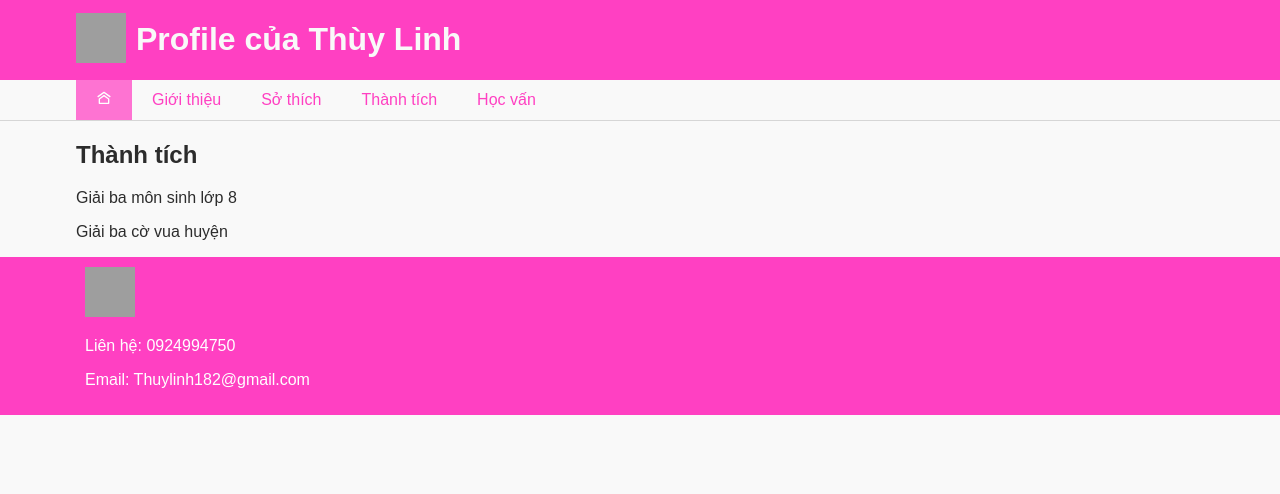
Repository: DucLong-PD07979/profile-vu-thuy-linh
Page: thanh-tich.html
The author's editor kept a copy of each file at every save. The page is drawn from the files as they stood at one save, then again after the next save.
The browser window is 1280 px wide. The pictures show the whole page.
Pictures or frames that could not be fetched are drawn as grey boxes.

Above is the page before, as saved 2025-03-13 21:04:02.
Not found: script.js

### thanh-tich.html
<!DOCTYPE html>
<html lang="vi">
    <head>
        <meta charset="UTF-8" />
        <meta name="viewport" content="width=device-width, initial-scale=1.0" />
        <title>Profile của Thùy Linh</title>
        <link rel="stylesheet" href="./css/main.css" />
        <script defer src="script.js"></script>
    </head>
    <body>
        <header>
            <div class="container">
                <div class="logo">
                    <img
                        src="https://encrypted-tbn0.gstatic.com/images?q=tbn:ANd9GcQHs0UoAlT72hduByWmi6BstIWlXX2zQqTC_Q&s"
                        alt="Logo"
                    />
                </div>
                <h1>Profile của Thùy Linh</h1>
            </div>
        </header>
        <div class="menu-list">
            <div class="container">
                <nav>
                    <ul>
                        <li>
                            <a href="#home" class="active">
                                <svg
                                    xmlns="http://www.w3.org/2000/svg"
                                    viewBox="0 0 24 24"
                                    fill="currentColor"
                                >
                                    <path
                                        d="M12.5812 2.68627C12.2335 2.43791 11.7664 2.43791 11.4187 2.68627L1.9187 9.47198L3.08118 11.0994L11.9999 4.7289L20.9187 11.0994L22.0812 9.47198L12.5812 2.68627ZM19.5812 12.6863L12.5812 7.68627C12.2335 7.43791 11.7664 7.43791 11.4187 7.68627L4.4187 12.6863C4.15591 12.874 3.99994 13.177 3.99994 13.5V20C3.99994 20.5523 4.44765 21 4.99994 21H18.9999C19.5522 21 19.9999 20.5523 19.9999 20V13.5C19.9999 13.177 19.844 12.874 19.5812 12.6863ZM5.99994 19V14.0146L11.9999 9.7289L17.9999 14.0146V19H5.99994Z"
                                    ></path>
                                </svg>
                            </a>
                        </li>
                        <li>
                            <a href="#about">Giới thiệu</a>
                            <ul class="menu-children">
                                <li><a href="#banthan">Bản thân</a></li>
                                <li><a href="#giadinh">Gia đình</a></li>
                            </ul>
                        </li>
                        <li><a href="#hobbies">Sở thích</a></li>
                        <li><a href="#achievements">Thành tích</a></li>
                        <li><a href="#education">Học vấn</a></li>
                    </ul>
                </nav>
            </div>
        </div>

        <section id="achievements">
            <div class="container">
                <h2>Thành tích</h2>
                <p>Giải ba môn sinh lớp 8</p>
                <p>Giải ba cờ vua huyện</p>
            </div>
        </section>

        <footer>
            <div class="container">
                <div class="logo">
                    <img
                        src="https://encrypted-tbn0.gstatic.com/images?q=tbn:ANd9GcQHs0UoAlT72hduByWmi6BstIWlXX2zQqTC_Q&s"
                        alt="Logo"
                    />
                </div>
                <p>Liên hệ: 0924994750</p>
                <p>Email: Thuylinh182@gmail.com</p>
            </div>
        </footer>
    </body>
</html>
<!-- https://profile-vu-thuy-linh.vercel.app/ -->

### css/main.css
* {
    box-sizing: border-box;
}

body {
    font-family: Arial, sans-serif;
    margin: 0;
    padding: 0;
    background-color: #f9f9f9;
    color: #2c2c2c;
}

.container {
    margin: 0 5%;
    padding: 0 12px;
}

header {
    background-color: #ff40c2;
    color: #f9f9f9;
}

header .container {
    display: flex;
    align-items: center;
}

.logo img {
    width: 50px;
    height: 50px;
    margin-right: 10px;
}

.menu-list {
    color: #ff40c2;
    border-bottom: 1px solid #d6d6d6;
}

nav ul {
    list-style: none;
    padding: 0;
    display: flex;
    align-items: center;
    margin: 0;
}

nav ul li {
    display: inline;
    position: relative;
}

nav ul li a {
    color: #ff40c2;
    text-decoration: none;
    padding: 10px 20px;
    display: block;
    font-size: 16px;
    transition: all 0.1s linear;
}

nav ul li a.active {
    background-color: #fe73d2;
}

nav ul li a svg {
    width: 16px;
    height: 16px;
    color: #ffffff;
}

nav ul li a:hover {
    color: white;
    background-color: #fe73d2;
}

.menu-children {
    position: absolute;
    z-index: 9;
    top: 100%;
    display: none;
    background-color: #f9f9f9;
}

nav ul li:hover .menu-children {
    display: block;
}

.participation-section {
    display: grid;
    gap: 10px;
    grid-template-columns: 1fr 1fr 1fr 1fr 1fr;
}

.item-1 {
    grid-column: 1 / 5;
    display: grid;
    grid-template-columns: 1fr 1fr;
    gap: 10px;
    width: 100%;
}

.item-2 {
    grid-column: 5 / 6;
}

.participation-section .item-1 img {
    width: 100%;
    height: 300px;
}

.participation-section .item-2 img {
    width: 100%;
    height: 240px;
    margin-bottom: 10px;
}

.participation-content {
    width: 100%;
}

.participation-content a {
    color: #404042;
    display: block;
    padding: 6px 0;
}

.participation-content a:hover {
    color: #fe73d2;
    text-decoration: underline;
}

/* giới thiệu bản thân */
#introduce-section {
    background-color: #fbdce2;
    width: 100%;
    padding: 20px 0;
}

.introduce-section-content {
    display: grid;
    grid-template-columns: 1fr 1fr;
    gap: 10px;
    align-items: center;
}

.introduce-section-content .box .gallery {
    width: 100%;
}

.introduce-section-content .box .gallery img {
    width: 100%;
    height: 400px;
    object-fit: fill;
}

.introduce-section-content .item-3 {
    grid-column: 1 /3;
    display: grid;
    gap: 20px;
    grid-template-columns: 1fr 1fr 1fr;
}

.introduce-section-content img {
    width: 100%;
    height: 600px;
    margin: 50px 0;
}

/* gia dinh */

#family-section {
    background-color: #e8d5f3;
    width: 100%;
    padding: 20px 0;
}

.family-section-content {
    display: grid;
    grid-template-columns: 1fr 1fr 1fr 1fr;
    gap: 10px;
}

.family-section-content .box img {
    width: 100%;
    height: 340px;
    object-fit: fill;
}

footer {
    background-color: #ff40c2;
    color: white;
    padding: 10px;
}

After the next save:
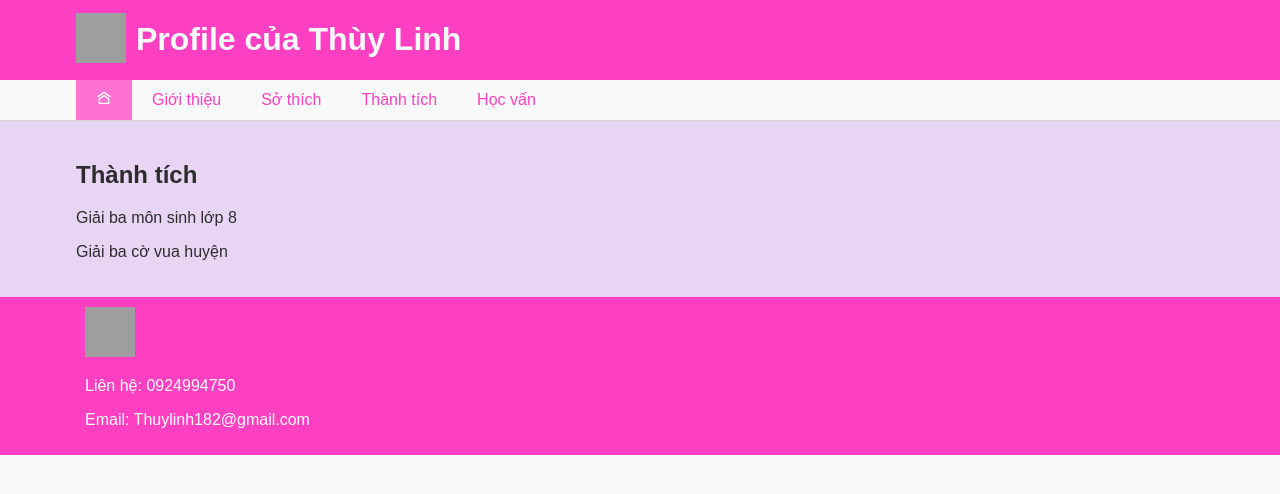
Saved 40 s later.
--- a/css/main.css
+++ b/css/main.css
@@ -186,6 +186,26 @@ nav ul li:hover .menu-children {
     object-fit: fill;
 }
 
+/* thanh tich */
+
+#achievements {
+    background-color: #e8d5f3;
+    width: 100%;
+    padding: 20px 0;
+}
+
+.achievements-content {
+    display: grid;
+    grid-template-columns: 1fr 1fr 1fr 1fr;
+    gap: 10px;
+}
+
+.achievements-content .box img {
+    width: 100%;
+    height: 340px;
+    object-fit: fill;
+}
+
 footer {
     background-color: #ff40c2;
     color: white;
